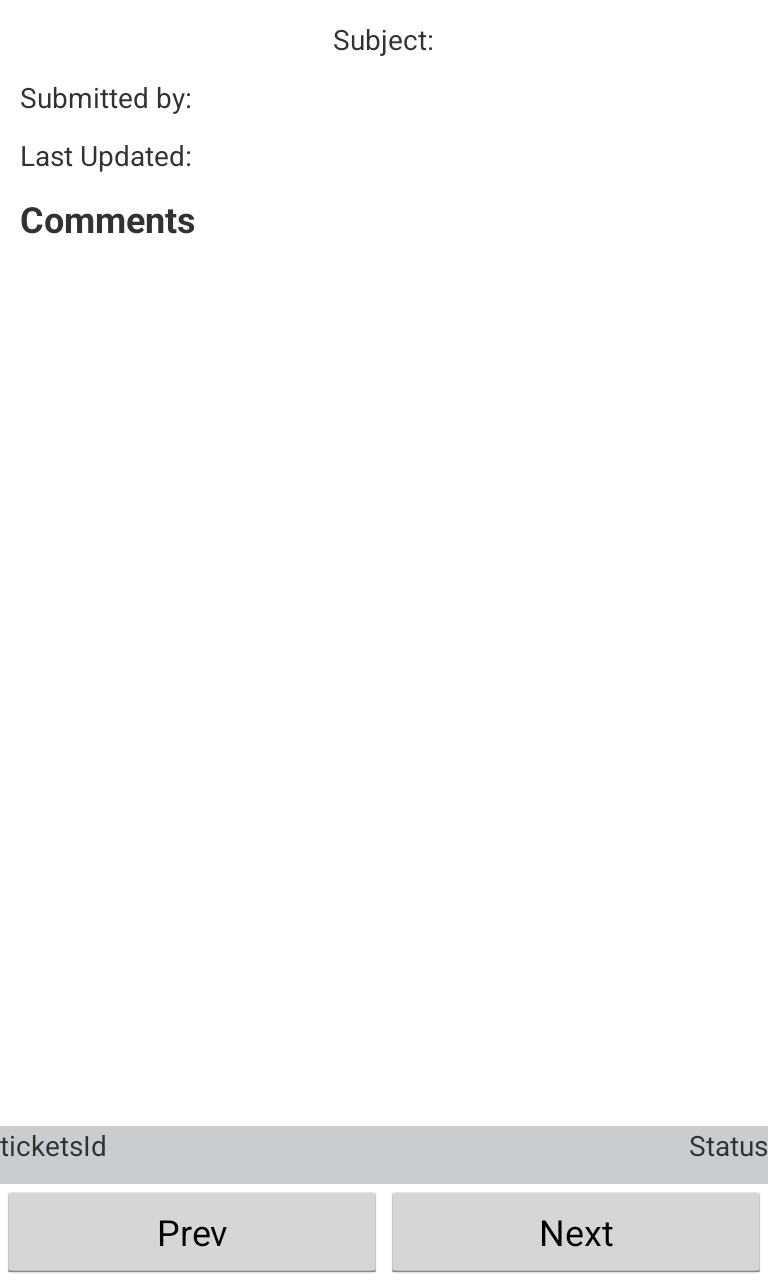
Repository: Pradeep-appstute/First
Layout: Control/res/layout/ticketdetails_view.xml
An editor plug-in stored every save of this project. The layout is shown before and after the next save, followed by the edit.
It is drawn on a 768 x 1280 px phone screen (xhdpi) without system bars, with theme AppTheme; the app's code is not run. Lists and similar views that code fills are empty.

Above is the layout before, as saved 2014-02-28 10:10:28.

### Control/res/layout/ticketdetails_view.xml
<?xml version="1.0" encoding="utf-8"?>
<RelativeLayout xmlns:android="http://schemas.android.com/apk/res/android"
    android:layout_width="match_parent"
    android:layout_height="match_parent" >

    <LinearLayout
        android:layout_width="match_parent"
        android:layout_height="match_parent"
        android:orientation="vertical"
        android:padding="10dip" >

        <LinearLayout
            android:layout_width="match_parent"
            android:layout_height="wrap_content"
            android:layout_marginBottom="10dp"
            android:gravity="center_horizontal"
            android:orientation="horizontal" >

            <TextView
                android:layout_width="wrap_content"
                android:layout_height="wrap_content"
                android:text="@string/ticketdetails_subject" />

            <TextView
                android:id="@+id/textViewSubjectValue"
                android:layout_width="wrap_content"
                android:layout_height="wrap_content"
                android:text="" />
        </LinearLayout>

        <LinearLayout
            android:layout_width="match_parent"
            android:layout_height="wrap_content"
            android:layout_marginBottom="10dp"
            android:orientation="horizontal" >

            <TextView
                android:layout_width="wrap_content"
                android:layout_height="wrap_content"
                android:text="@string/ticketdetails_submittedby" />

            <TextView
                android:id="@+id/textViewSubmittedByValue"
                android:layout_width="wrap_content"
                android:layout_height="wrap_content"
                android:text="" />
        </LinearLayout>

        <LinearLayout
            android:layout_width="match_parent"
            android:layout_height="wrap_content"
            android:layout_marginBottom="10dp"
            android:orientation="horizontal" >

            <TextView
                android:layout_width="wrap_content"
                android:layout_height="wrap_content"
                android:text="@string/ticketdetails_lastupdated" />

            <TextView
                android:id="@+id/textViewLastUpdatedValue"
                android:layout_width="wrap_content"
                android:layout_height="wrap_content"
                android:text="" />
        </LinearLayout>

        <TextView
            android:layout_width="wrap_content"
            android:layout_height="wrap_content"
            android:text="@string/ticketdetails_comments"
            android:textSize="18dip"
            android:textStyle="bold" />

        <ListView
            android:id="@+id/listViewComment"
            android:layout_width="match_parent"
            android:layout_height="240dp" >
        </ListView>
    </LinearLayout>

    <RelativeLayout
        android:layout_width="fill_parent"
        android:layout_height="wrap_content"
        android:layout_above="@id/linbottombar"
        android:background="#4345" >

        <LinearLayout
            android:layout_width="wrap_content"
            android:layout_height="wrap_content"
            android:layout_marginBottom="10dp"
            android:gravity="center_horizontal"
            android:orientation="horizontal"
            android:layout_alignParentLeft="true"
             >

            <TextView
                android:layout_width="wrap_content"
                android:layout_height="wrap_content"
                android:text="@string/ticketdetails_ticketsId" />

            <TextView
                android:id="@+id/textViewticketsIdValue"
                android:layout_width="wrap_content"
                android:layout_height="wrap_content"
                android:text="" />
        </LinearLayout>

        <LinearLayout
            android:layout_width="wrap_content"
            android:layout_height="wrap_content"
            android:layout_marginBottom="10dp"
            android:gravity="center_horizontal"
            android:orientation="horizontal"
            android:layout_alignParentRight="true"
            >

            <TextView
                android:layout_width="wrap_content"
                android:layout_height="wrap_content"
                android:text="@string/ticketdetails_status" />

            <TextView
                android:id="@+id/textViewStatusValue"
                android:layout_width="wrap_content"
                android:layout_height="wrap_content"
                android:text="" />
        </LinearLayout>
    </RelativeLayout>

    <LinearLayout
        android:id="@+id/linbottombar"
        android:layout_width="match_parent"
        android:layout_height="wrap_content"
        android:layout_alignParentBottom="true"
        android:layout_alignParentLeft="true"
        android:orientation="horizontal" >

        <Button
            android:layout_width="fill_parent"
            android:layout_height="wrap_content"
            android:layout_weight="1"
            android:text="@string/ticketdetails_prev" />

        <Button
            android:id="@+id/textViewSubmittedByValue"
            android:layout_width="fill_parent"
            android:layout_height="wrap_content"
            android:layout_weight="1"
            android:text="@string/ticketdetails_next" />
    </LinearLayout>

</RelativeLayout>

### Control/res/values/strings.xml
<?xml version="1.0" encoding="utf-8"?>
<resources>

    <string name="app_name">Control</string>
    <string name="action_settings">Settings</string>
    <string name="Login">Login</string>
    <string name="forgotusername">Forgot Username</string>
    <string name="forgotpassword">Forgot Password</string>

    <!-- AlertDialog -->
    <string name="ok">OK</string>
    <string name="yes">YES</string>
    <string name="no">NO</string>
    <!-- Slider Menu -->
    <string name="emptystring">Control</string>
    <string name="textViewListHeaderMSG">MASERGY</string>

    <!-- Submit Screen -->
    <string name="name">Name:</string>
    <string name="email">Email:</string>
    <string name="phone">Phone:</string>
    <string name="subject">Subject:</string>
    <string name="bundle">Bundle:</string>
    <string name="description">Description:</string>
    <string name="createticket">Create Tciket</string>

    <!-- Ticket Detail Screen -->
    <string name="ticketdetails_subject">Subject:</string>
    <string name="ticketdetails_submittedby">Submitted by:</string>
    <string name="ticketdetails_lastupdated">Last Updated:</string>
    <string name="ticketdetails_comments">Comments</string>
     <string name="ticketdetails_ticketsId">ticketsId</string>
      <string name="ticketdetails_status">Status</string>
    <string name="ticketdetails_next">Next</string>
    <string name="ticketdetails_prev">Prev</string>

</resources>

Loaded but not shown: Control/res/values/styles.xml (common file); Control/res/values-v11/styles.xml (common file); Control/res/values-v14/styles.xml (common file)

After the next save:
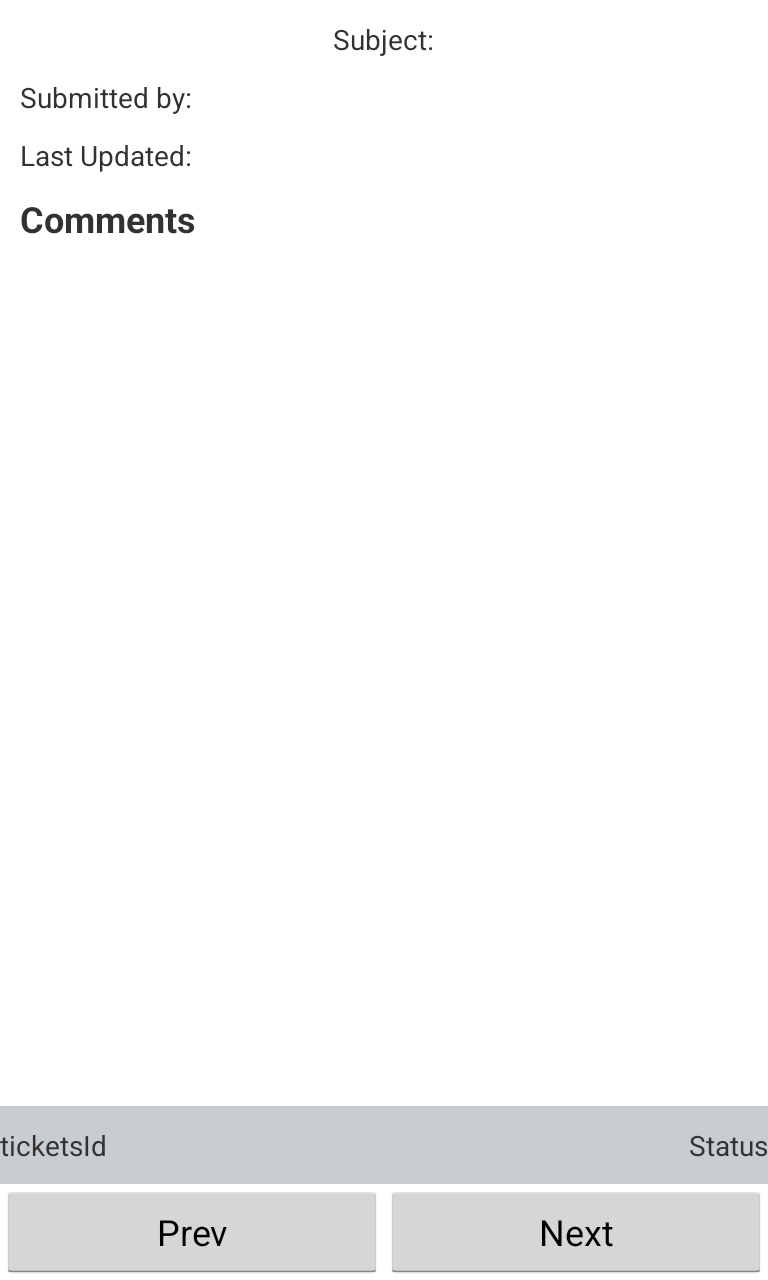
Saved 107 s later.
--- a/Control/res/layout/ticketdetails_view.xml
+++ b/Control/res/layout/ticketdetails_view.xml
@@ -82,7 +82,9 @@
         android:layout_width="fill_parent"
         android:layout_height="wrap_content"
         android:layout_above="@id/linbottombar"
-        android:background="#4345" >
+        android:background="#4345"
+        android:paddingTop="10dp"
+        >
 
         <LinearLayout
             android:layout_width="wrap_content"
